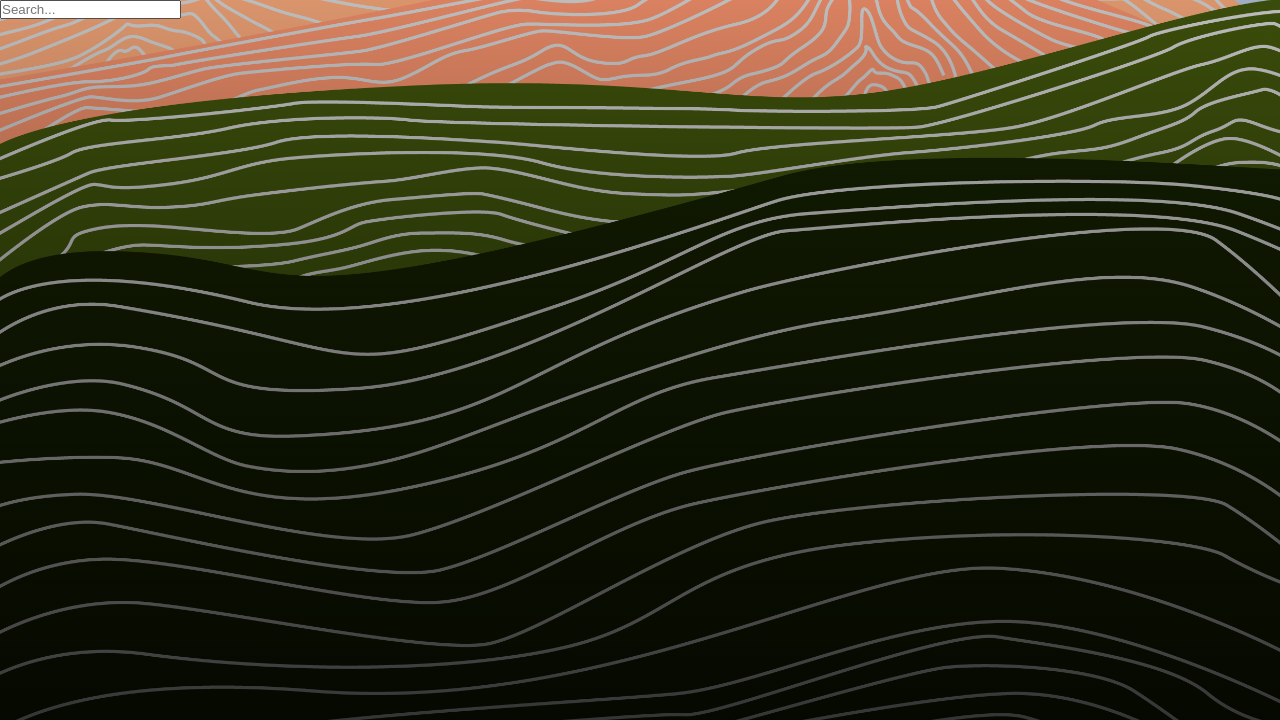
Repository: burntaftermint/weather
Page: /
An editor plug-in stored every save of this project. The page is shown before and after the next save, followed by the edit.
The browser window is 1280 px wide. The pictures show the whole page.
The project was rebuilt for these pictures with package versions that can differ from the ones it lists, and the page was loaded fresh each time.

Above is the page before, as saved 2023-11-02 04:34:16.

After the next save:
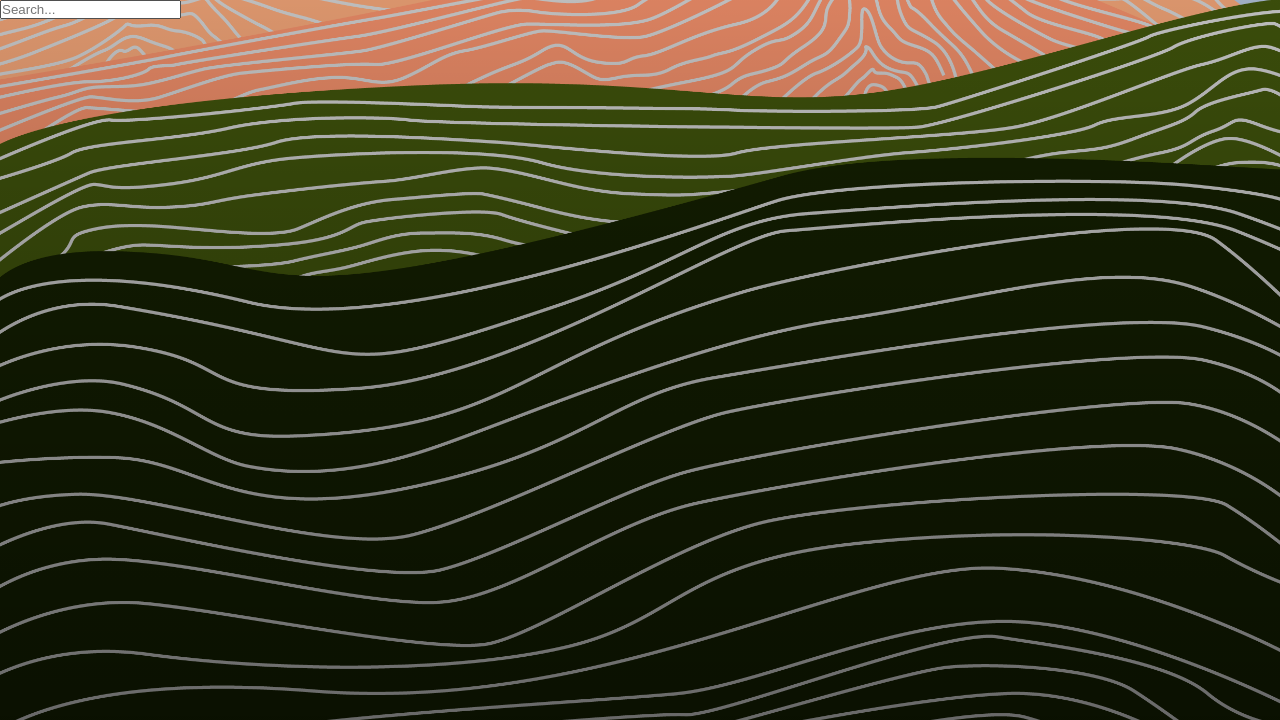
Saved 5 s later.
--- a/src/index.css
+++ b/src/index.css
@@ -21,5 +21,5 @@ body {
 
 main {
   min-height: 100vh;
-  background-image: linear-gradient(to bottom, rgba(0, 0, 0, 0.1), rgba(0, 0, 0, 0.75));
+  background-image: linear-gradient(to bottom, rgba(0, 0, 0, 0.1), rgba(0, 0, 0, 0.5));
 }
